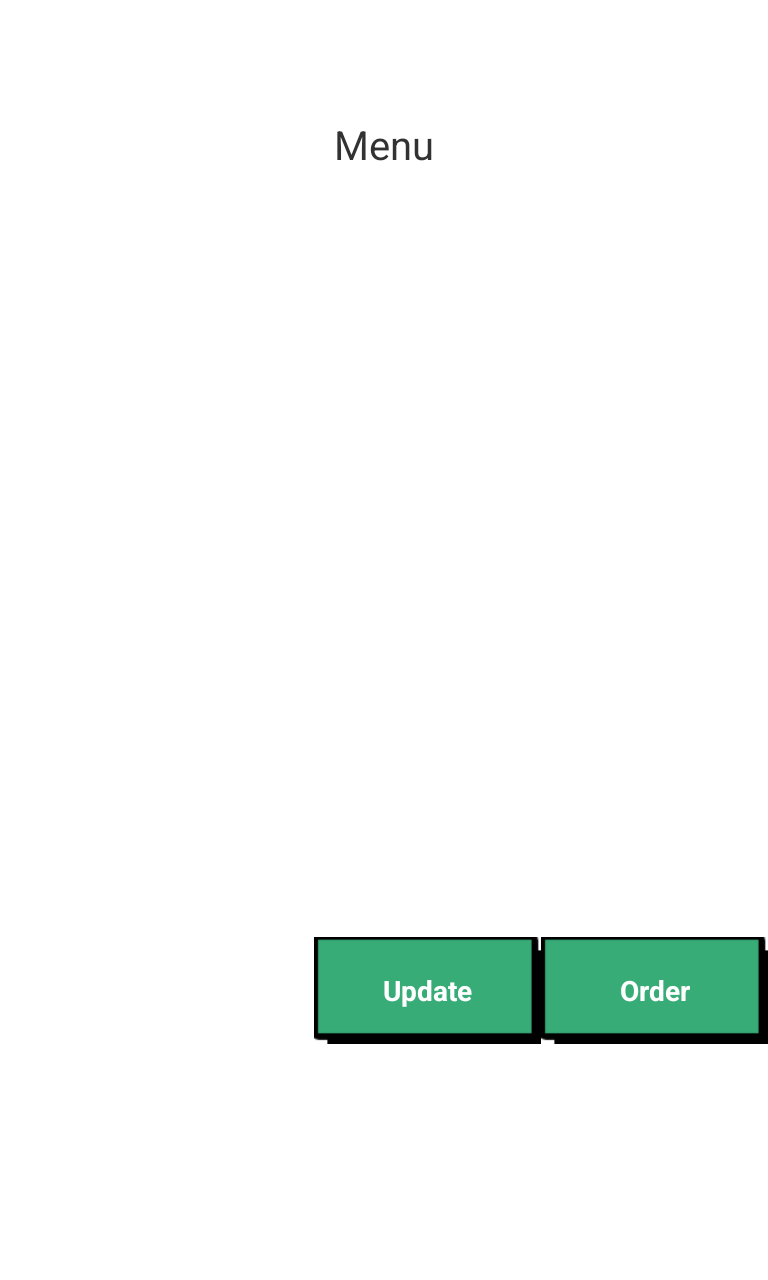
Repository: VanThi/Smart_Order
Layout: Project OS/Project_SO/res/layout/menu_item.xml
These files come from the project's save history. The layout is drawn as it stood at one moment and after the next save; the edit follows.
It is drawn on a 768 x 1280 px phone screen (xhdpi) without system bars, with theme AppTheme; the app's code is not run. Lists and similar views that code fills are empty.

Above is the layout before, as saved 2013-11-09 12:46:36.

### Project OS/Project_SO/res/layout/menu_item.xml
<?xml version="1.0" encoding="utf-8"?>
<LinearLayout xmlns:android="http://schemas.android.com/apk/res/android"
    android:layout_width="match_parent"
    android:layout_height="match_parent"
    android:orientation="vertical" >

    <TextView
        android:layout_width="wrap_content"
        android:layout_height="0dp"
        android:layout_weight="1" />

    <TextView
        android:layout_width="wrap_content"
        android:layout_height="wrap_content"
        android:layout_gravity="center"
        android:layout_weight="1"
        android:text="@string/menu"
        android:textSize="20sp" />

    <ListView
        android:id="@+id/menu_item"
        android:layout_width="wrap_content"
        android:layout_height="wrap_content"
        android:layout_weight="5" >
    </ListView>

    <TextView
        android:id="@+id/total"
        android:layout_width="wrap_content"
        android:layout_height="wrap_content"
        android:textAppearance="?android:attr/textAppearanceLarge"
        android:textIsSelectable="true"
        android:weight="1" />

    <LinearLayout
        android:layout_width="wrap_content"
        android:layout_height="wrap_content"
        android:layout_gravity="right"
        android:layout_weight="1"
        android:orientation="horizontal" >

        <Button
            android:id="@+id/updatebutton"
            style="@style/Button"
            android:layout_width="wrap_content"
            android:layout_height="wrap_content"
            android:text="@string/update" />

        <Button
            android:id="@+id/order"
            style="@style/Button"
            android:layout_width="wrap_content"
            android:layout_height="wrap_content"
            android:text="@string/order" />
    </LinearLayout>

    <TextView
        android:layout_width="wrap_content"
        android:layout_height="0dp"
        android:layout_weight="1" />

</LinearLayout>

### Project OS/Project_SO/res/values/styles.xml
<resources>

    <!--
        Base application theme, dependent on API level. This theme is replaced
        by AppBaseTheme from res/values-vXX/styles.xml on newer devices.
    -->
    <style name="AppBaseTheme" parent="android:Theme.Light">
        <!--
            Theme customizations available in newer API levels can go in
            res/values-vXX/styles.xml, while customizations related to
            backward-compatibility can go here.
        -->
    </style>

    <style name="NoActionBar" parent="@android:style/Theme.Holo.NoActionBar">
        <!-- Inherits the Holo theme with no action bar; no other styles needed. -->
    </style>

    <!-- Application theme. -->
    <style name="AppTheme" parent="AppBaseTheme">
        <!-- All customizations that are NOT specific to a particular API-level can go here. -->
    </style>

    <style name="HeaderBG">
        <item name="android:layout_width">fill_parent</item>
        <item name="android:layout_height">60dp</item>
        <item name="android:background">@drawable/header_bg</item>
        <item name="android:orientation">horizontal</item>
    </style>

    <style name="HeaderText">
        <item name="android:textColor">#FFFFFF</item>
        <item name="android:textSize">22sp</item>
        <item name="android:textStyle">bold</item>
        <item name="android:ellipsize">end</item>
        <item name="android:gravity">center</item>
        <item name="android:singleLine">true</item>
        <item name="android:text">@string/app_name</item>
    </style>

    <style name="Background">
        <item name="android:layout_width">fill_parent</item>
        <item name="android:layout_height">fill_parent</item>
        <item name="android:background">@color/background</item>
        <item name="android:orientation">vertical</item>
    </style>

    <style name="MENU">
        <item name="android:layout_width">fill_parent</item>
        <item name="android:layout_height">63dp</item>
        <item name="android:background">@drawable/menu_bg</item>
        <item name="android:gravity">center_vertical</item>
        <item name="android:padding">10dp</item>
        <item name="android:textColor">#FFFFFF</item>
        <item name="android:textSize">16sp</item>
    </style>

    <style name="TextDescription">
        <item name="android:textColor">@color/black</item>
        <item name="android:textSize">16sp</item>
        <item name="android:typeface">sans</item>
        <item name="android:textStyle">bold</item>
    </style>

    <style name="Text">
        <item name="android:textColor">@color/black</item>
        <item name="android:textSize">20sp</item>
        <item name="android:typeface">sans</item>
    </style>

    <style name="EditText">
        <item name="android:textColor">@color/black</item>
        <item name="android:textSize">14sp</item>
        <item name="android:typeface">sans</item>
        <item name="android:padding">5dp</item>
    </style>

    <style name="Button">
        <item name="android:padding">5dp</item>
        <item name="android:textStyle">bold</item>
        <item name="android:textColor">@color/white</item>
        <item name="android:textSize">14sp</item>
        <item name="android:background">@drawable/btn_bg</item>
        <item name="android:typeface">sans</item>
        <item name="android:layout_width">90dp</item>
        <item name="android:layout_height">40dp</item>
    </style>

    <style name="ButtonRight">
        <item name="android:padding">5dp</item>
        <item name="android:textStyle">bold</item>
        <item name="android:textColor">@color/white</item>
        <item name="android:textSize">14sp</item>
        <item name="android:background">@drawable/btn_bg</item>
        <item name="android:typeface">sans</item>
        <item name="android:layout_width">90dp</item>
        <item name="android:layout_height">40dp</item>
        <item name="android:layout_marginLeft">5dp</item>
    </style>

    <style name="CustomProgressBar" parent="android:Widget.ProgressBar.Horizontal">
        <item name="android:layout_width">200dp</item>
        <item name="android:layout_height">wrap_content</item>
        <item name="android:padding">5dp</item>
        <item name="android:layout_marginRight">10dp</item>
        <item name="android:indeterminateOnly">false</item>
        <item name="android:progressDrawable">@drawable/custom_progress_bar_horizontal</item>
        <item name="android:minHeight">10dip</item>
        <item name="android:maxHeight">20dip</item>
    </style>


</resources>

### Project OS/Project_SO/res/values/strings.xml
<?xml version="1.0" encoding="utf-8"?>
<resources>

    <string name="app_name">Smart Order</string>
    <string name="action_settings">Settings</string>
    <string name="hello_world">Hello world!</string>
    <string name="menu_item">Menu</string>
    <string name="configuration">View Info</string>
    <string name="viewOrder">View Order</string>
    <string name="logout">Logout</string>
    <string name="exit">Exit</string>
    <string name="userName">User Name</string>
    <string name="password">Password</string>
    <string name="address">Address</string>
    <string name="phoneNumber">Phone Number</string>
    <string name="email">Email</string>
    <string name="confirm">Confirm</string>
    <string name="fullName">Full Name</string>
    <string name="register">Not have a account?</string>
    <string name="login">Login</string>
    <string name="developer">CyberSoft Team 1</string>
    <string name="clear">Clear</string>
    <string name="update">Update</string>
    <string name="order">Order</string>
    <string name="save">Save</string>
    <string name="registerForm">Register Form</string>
	<string name="configurationForm">View Info</string>
	<string name="ok">OK</string>
	<string name="back">Back</string>
	<string name="inc">+</string>
	<string name="dec">-</string>
	<string name="menu">Menu</string>

</resources>

### Project OS/Project_SO/res/values/colors.xml
<?xml version="1.0" encoding="utf-8"?>
<resources>
	<color name="transparent">#00000000</color>
	<color name="menu_background">#C0C0C0</color>
	<color name="background">#ffffff</color>

	<!-- Process bar -->
	<color name="black">#000000</color>
	<color name="white">#ffffff</color>
	<color name="progressbar">#4b80ce</color>

</resources>

### Project OS/Project_SO/res/drawable/btn_bg.xml
<?xml version="1.0" encoding="utf-8"?>
<selector xmlns:android="http://schemas.android.com/apk/res/android">
    <item android:state_pressed="true"
          android:drawable="@drawable/btn_bg_selected" /> <!-- pressed -->
    <item android:state_focused="true"
          android:drawable="@drawable/btn_bg_selected" /> <!-- focused -->
    <item android:drawable="@drawable/btn_bg_normal" /> <!-- default -->
</selector>

Loaded but not shown: Project OS/Project_SO/res/values-v11/styles.xml (common file); Project OS/Project_SO/res/values-v14/styles.xml (common file)

After the next save:
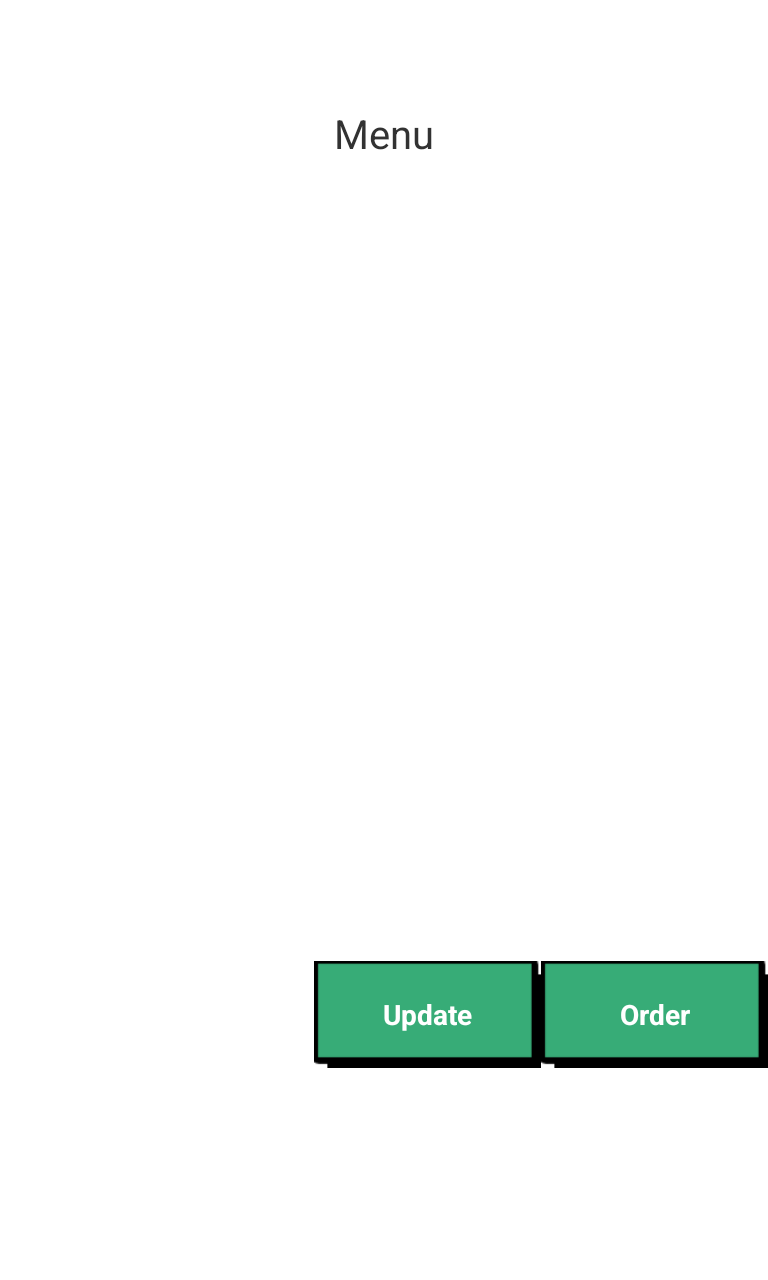
Saved 9 s later.
--- a/Project OS/Project_SO/res/layout/menu_item.xml
+++ b/Project OS/Project_SO/res/layout/menu_item.xml
@@ -21,7 +21,7 @@
         android:id="@+id/menu_item"
         android:layout_width="wrap_content"
         android:layout_height="wrap_content"
-        android:layout_weight="5" >
+        android:layout_weight="6" >
     </ListView>
 
     <TextView
